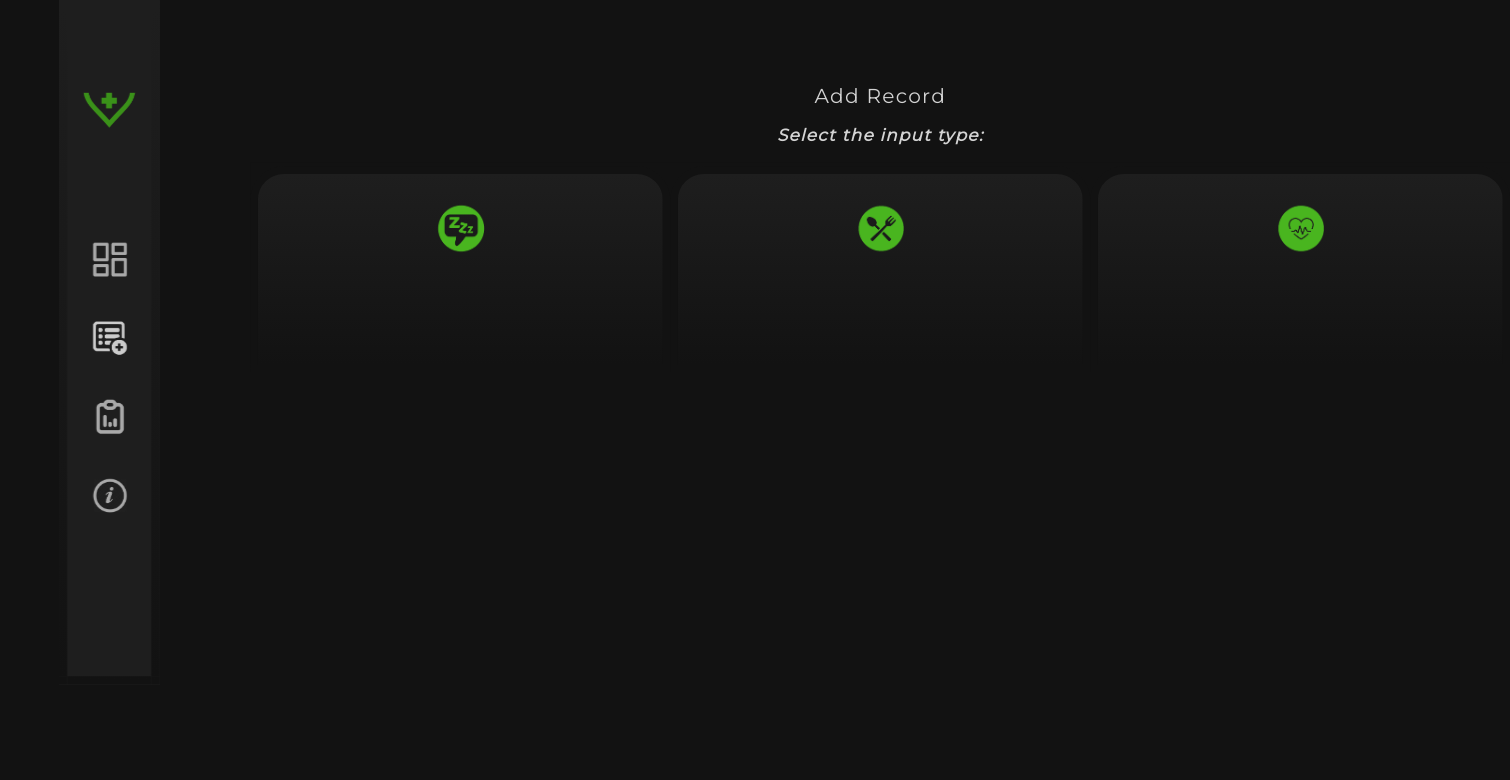
Repository: mhmd-bilal/health-analytics-dashboard
Page: http://localhost/project/add.jsp
These files come from the project's save history. The page is drawn as it stood at one moment and after the next save; the edit follows.
The browser window is 1280 px wide. The page is 1798 px wide, so the pictures cover 1798 px, including what lies to the right of the window. The pictures show the whole page, at 84% of full size.
The page is served by Tomcat 10.

Above is the page before, as saved 2023-12-07 18:12:32.

After the next save:
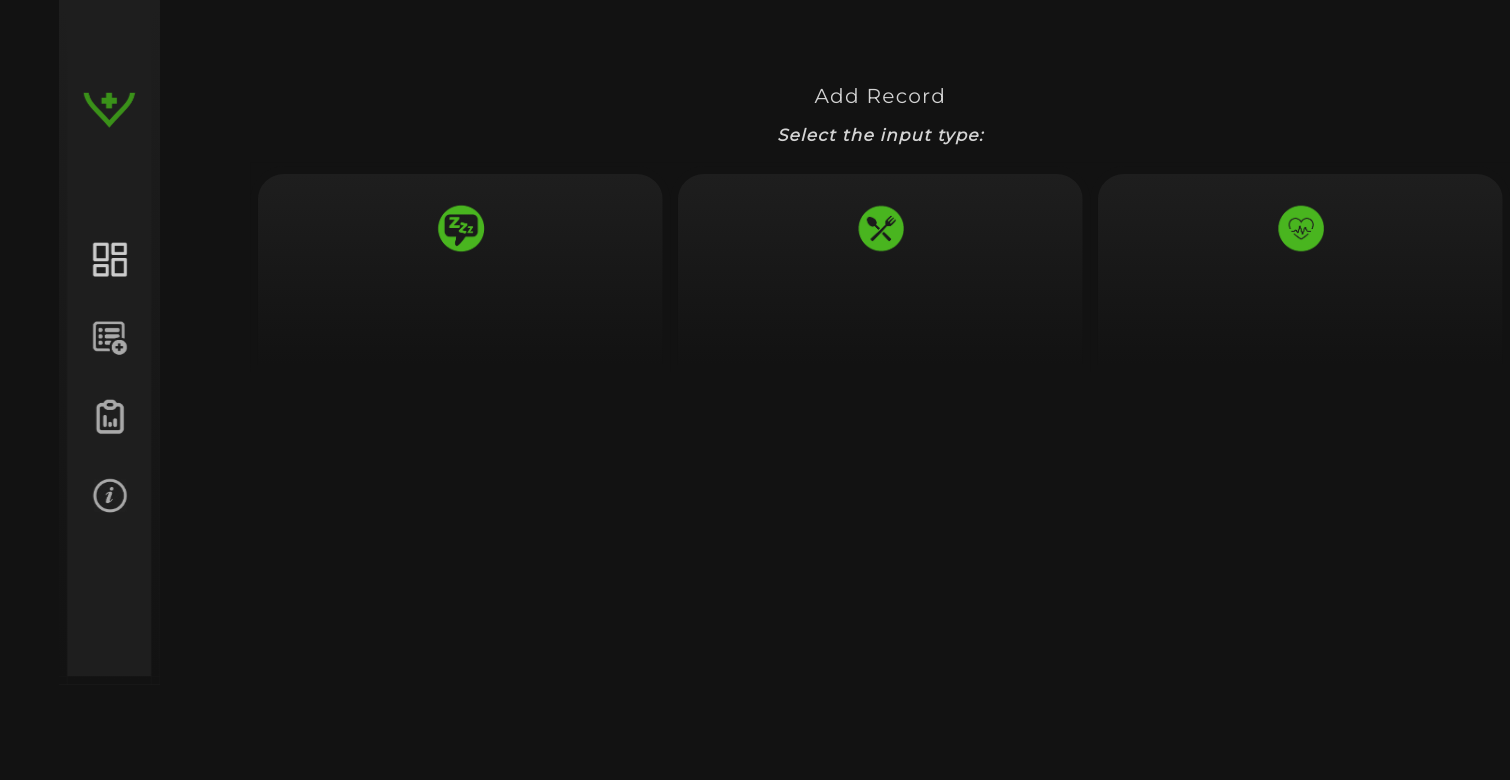
Saved 10 s later.
--- a/project/src/main/webapp/add.jsp
+++ b/project/src/main/webapp/add.jsp
@@ -35,10 +35,10 @@
 
 <body>
 
-  <div class="sidenav">
+      <div class="sidenav">
     <a href="#" style="padding-bottom: 100px;padding-left: 10px;"><img style="width: 95%;filter: brightness(1);" src="logo.png"></a>
-    <a href="index2.jsp"><img src="dashboard.png"></a>
-    <a class="active" href="add.jsp"><img src="add.png"></a>
+    <a class="active" href="index2.jsp"><img src="dashboard.png"></a>
+    <a href="add.jsp"><img src="add.png"></a>
     <a href="anal.jsp"><img src="anal.png"></a>
     <a href="info.jsp"><img src="info.png"></a>
   </div>

After the 2 saves that followed:
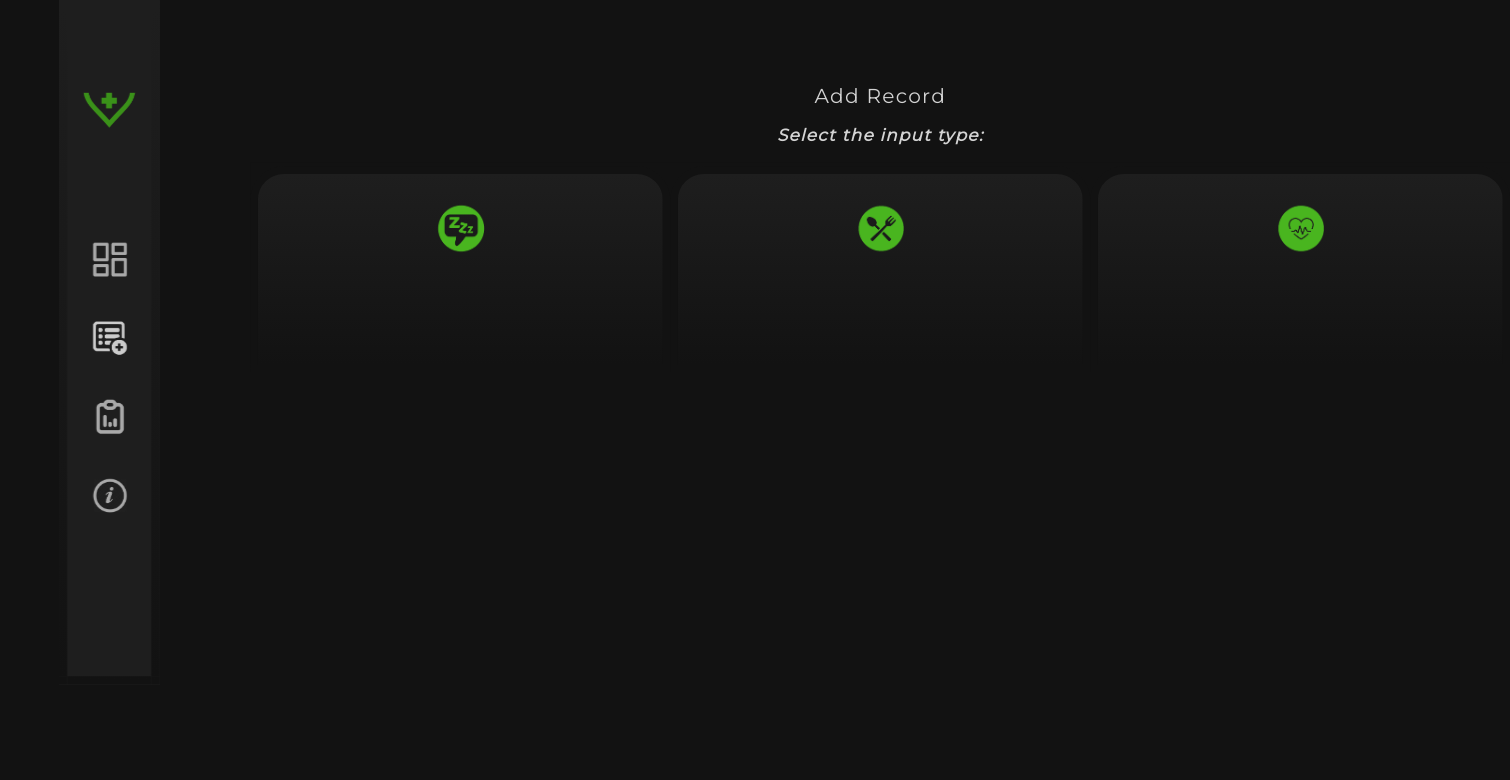
The 2 saves are shown as one change because they came seconds apart.
The last was saved 7 s later.
--- a/project/src/main/webapp/add.jsp
+++ b/project/src/main/webapp/add.jsp
@@ -37,8 +37,8 @@
 
       <div class="sidenav">
     <a href="#" style="padding-bottom: 100px;padding-left: 10px;"><img style="width: 95%;filter: brightness(1);" src="logo.png"></a>
-    <a class="active" href="index2.jsp"><img src="dashboard.png"></a>
-    <a href="add.jsp"><img src="add.png"></a>
+    <a  href="index2.jsp"><img src="dashboard.png"></a>
+    <a class="active" href="add.jsp"><img src="add.png"></a>
     <a href="anal.jsp"><img src="anal.png"></a>
     <a href="info.jsp"><img src="info.png"></a>
   </div>
